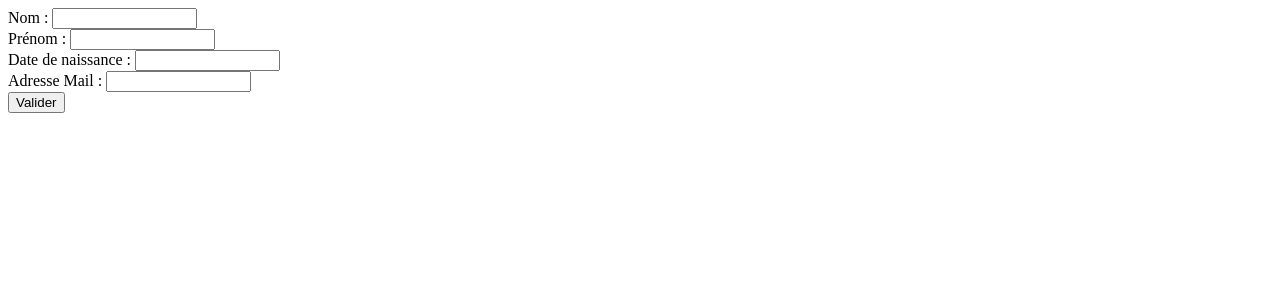
Repository: mikafouenski/JEE
Page: http://localhost/Myapp/edition.jsp
The author's editor kept a copy of each file at every save. The page is drawn from the files as they stood at one save, then again after the next save.
The browser window is 1280 px wide. The pictures show the whole page.
The page is served by Tomcat 9.

Above is the page before, as saved 2017-10-11 13:05:27.

After the next save:
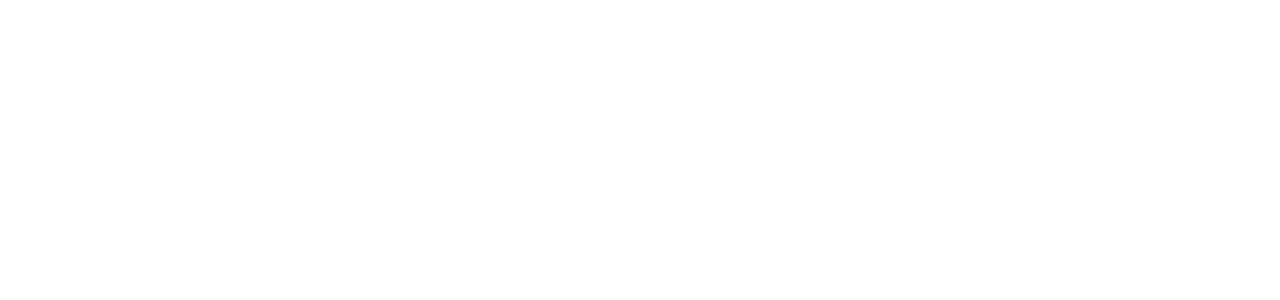
Saved 80 s later.
--- a/Myapp/WebContent/edition.jsp
+++ b/Myapp/WebContent/edition.jsp
@@ -9,7 +9,7 @@
 <%-- <jsp:useBean id="personne" scope="session" class="Person.Person" >
 </jsp:useBean>  --%>
 
-<form action="edition" method="POST">
+<!-- <form action="edition" method="POST">
 
   <label>Nom : </label>
     <input type="text" name="nom" size="15"/><br/>
@@ -26,6 +26,6 @@
 
   <input type="submit" name="boutonOK" value="Valider"/>
 
-</form>
+</form> -->
 </body>
 </html>

After the save that followed:
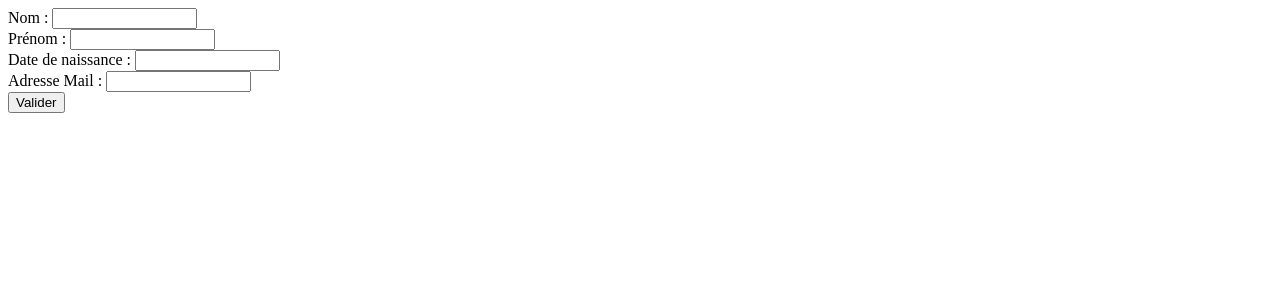
Saved 42 s later.
--- a/Myapp/WebContent/edition.jsp
+++ b/Myapp/WebContent/edition.jsp
@@ -9,7 +9,7 @@
 <%-- <jsp:useBean id="personne" scope="session" class="Person.Person" >
 </jsp:useBean>  --%>
 
-<!-- <form action="edition" method="POST">
+<form action="edition" method="POST">
 
   <label>Nom : </label>
     <input type="text" name="nom" size="15"/><br/>
@@ -26,6 +26,6 @@
 
   <input type="submit" name="boutonOK" value="Valider"/>
 
-</form> -->
+</form>
 </body>
 </html>
